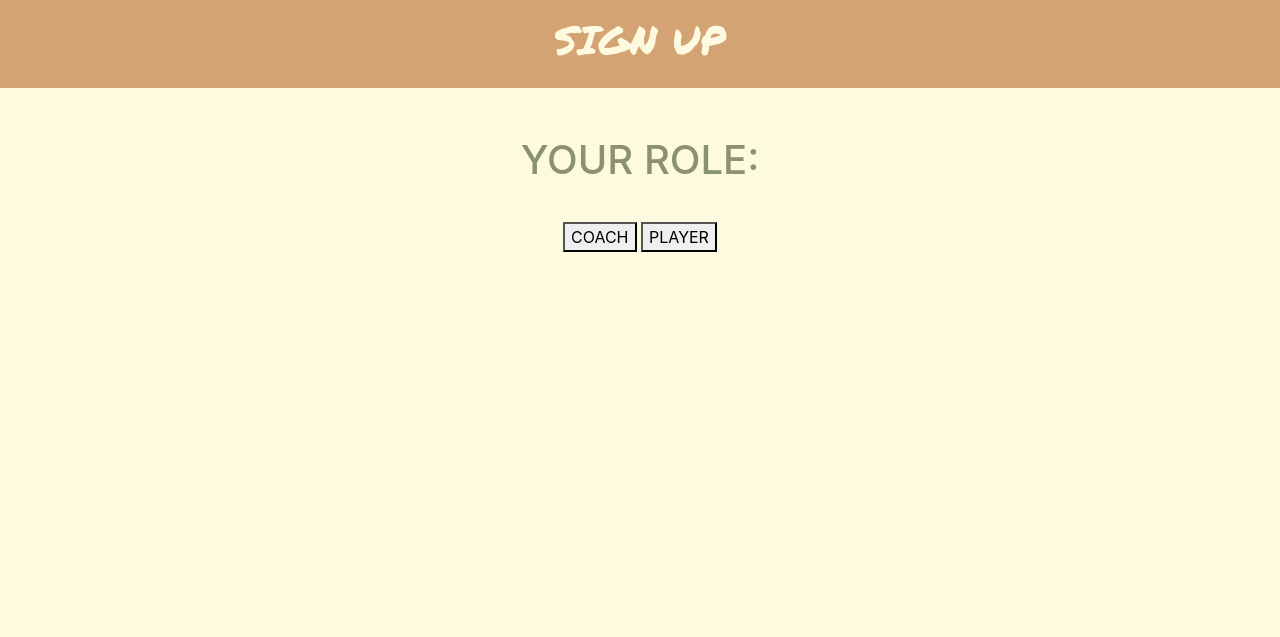
Repository: Aryaholmukhe/treasureHacks
Page: http://localhost/signup
These files come from the project's save history. The page is drawn as it stood at one moment and after the next save; the edit follows.
The browser window is 1280 px wide. The pictures show the whole page.
The page is served by the project's Node server (server.js).

Above is the page before, as saved 2022-03-27 00:27:48.

### views/signup/signup.ejs
<html lang="en">
<head>
    <meta charset="UTF-8">
    <meta http-equiv="X-UA-Compatible" content="IE=edge">
    <meta name="viewport" content="width=device-width, initial-scale=1.0">
    <link rel="stylesheet" href="https://cdn.jsdelivr.net/npm/bootstrap@4.6.1/dist/css/bootstrap.min.css">
    <script src="https://cdn.jsdelivr.net/npm/jquery@3.6.0/dist/jquery.slim.min.js"></script>
    <script src="https://cdn.jsdelivr.net/npm/popper.js@1.16.1/dist/umd/popper.min.js"></script>
    <script src="https://cdn.jsdelivr.net/npm/bootstrap@4.6.1/dist/js/bootstrap.bundle.min.js"></script>
    <link rel="preconnect" href="https://fonts.googleapis.com">
    <link rel="preconnect" href="https://fonts.gstatic.com" crossorigin>
    <link href="https://fonts.googleapis.com/css2?family=Permanent+Marker&display=swap" rel="stylesheet">
    <title>SIGN UP</title>
</head>
<body style="background-color: #FEFAE0">
    <div class="pt-3 pb-3" style="background-color: #D4A373; font-family: 'Permanent Marker', cursive; color: #FEFAE0">
        <h1 class="text-center">SIGN UP</h1>
    </div>

    <h1 class="text-center mt-5" style="color: #8A926F">YOUR ROLE:</h1>

    <div class="text-center" style="margin-top: 3%">
    <a href="./coach" ><button name="coach">COACH</button></a>
    <a  href="./player"><button name="player">PLAYER</button></a>
    </div>

</body>
</html>

### server.js
//jshint esversion:6

const express = require("express");
const bodyParser = require("body-parser");
const mongoose = require("mongoose");
const _ = require("lodash");
const { join } = require("path");
require("dotenv").config();
const app = express();

// TWILIO STUFF

const accountSID = process.env.ACCOUNT_SID;
const authToken = process.env.AUTH_TOKEN;

const client = require('twilio')(accountSID, authToken);


app.set('view engine', 'ejs');

app.use(bodyParser.urlencoded({ extended: true }));
app.use(express.static("public"));

app.get("/auth_config.json", (req, res) => {
    res.sendFile(join(__dirname, "/auth_config.json"));
})

// for each team member
mongoose.connect("mongodb://localhost:27017/teamMembersDB", { useNewUrlParser: true });

const membersSchema = new mongoose.Schema({
    name: String,
    role: String,
    age: Number,
    email: String,
    phone: String,
    progress: []
});

let members = [];
let progressArr = []

const Member = mongoose.model("Member", membersSchema);

// to identify teams
const teamSchema = new mongoose.Schema({
    coachName: String,
    team: [{ name: String }, { sport: String }]
})

const progressSchema = new mongoose.Schema({
    progress: []
})
const Team = mongoose.model("Team", teamSchema);
const Progress = mongoose.model("Progress", progressSchema)
// When no members are present
const noMember = new Member({
    name: "No members yet"
})
const noProgress = new Progress({
    progress: ["No progress yet, add some"]
})


// get requests

app.get("/signup", (req, res) => {
    res.render("signup/signup")
})
let person = "";
app.get("/coach", (req, res) => {
    person = "Coach"
    res.render("signup/coach");
})

app.get("/player", (req, res) => {
    person = "Team Member"
    res.render("signup/player")
})

app.get("/", (req, res) => {
    Member.find({}, function (err, foundMembers) {

        if (foundMembers.length === 0) {
            members.push(noMember)
            Member.insertMany(members, function (err) {
                if (err) {
                    console.log(err);
                } else {
                    console.log("Successfully saved members to DB.");
                }
            });
            // res.redirect("/");
        } else {
            Member.deleteOne({ "name": "No members yet" }, (err, person) => {
                if (err) return handleError(err);
            })
            res.render('index', { allMembers: foundMembers, person: person })
        }
    });
})

app.get("/:personName", function (req, res) {
    const personName = _.capitalize(req.params.personName);

    Member.findById(personName, (err, per) => {
        if (!err) {
              console.log(per)
            res.render('account', { personInfo: per});
        } else {
            console.log(err)
        }
    })
});


// post requests


app.post("/", (req, res) => {

    const playerName = req.body.newPlayer;
    const role = req.body.newRole;
    const age = req.body.age;
    const phoneNumber = req.body.phoneNumber;
    const player = new Member({
        name: playerName,
        role: role,
        age: age,
        phone: phoneNumber
    })
    player.save();
    res.redirect("/")
})

app.post("/delete", function (req, res) {
    const checkedItemId = req.body.checkbox;

    Member.findByIdAndRemove(checkedItemId, function (err) {
        if (!err) {
            console.log("Successfully deleted checked item.");
            res.redirect("/");
        } else {
            console.log(err)
        }
    });


});

app.post("/coach", (req, res) => {
    const coachName = req.body.coachName;
    const teamName = req.body.teamName;
    const sportType = req.body.sportType;
    teams = new Team({
        coachName: coachName,
        team: [{ name: teamName, sport: sportType }]
    })
    res.redirect("/")
})

app.post("/player", (req, res)=>{
    const playerName = req.body.newPlayer;
    const role = req.body.newRole;
    const age = req.body.age;
    const phoneNumber = req.body.phoneNumber;
    const player = new Member({
        name: playerName,
        role: role,
        age: age,
        phone: phoneNumber
    })
    player.save();
    res.redirect("/")
})

app.post("/announcements", (req, res) => {
    const message = req.body.message;
    members.forEach(member => {
        if (member.phone) {
            client.message.create({
                to: member.phone,
                from: process.env.TWILIO_PHONE_NUMBER, //is this going to be dynamic?
                body: message
            }).then((message) => {
                console.log(message.sid)
            });
            res.redirect("/")
        } else {
            res.redirect("/")
        }
    })

})


app.listen(3000, function () {
    console.log("Server started on port 3000");
});

After the next save:
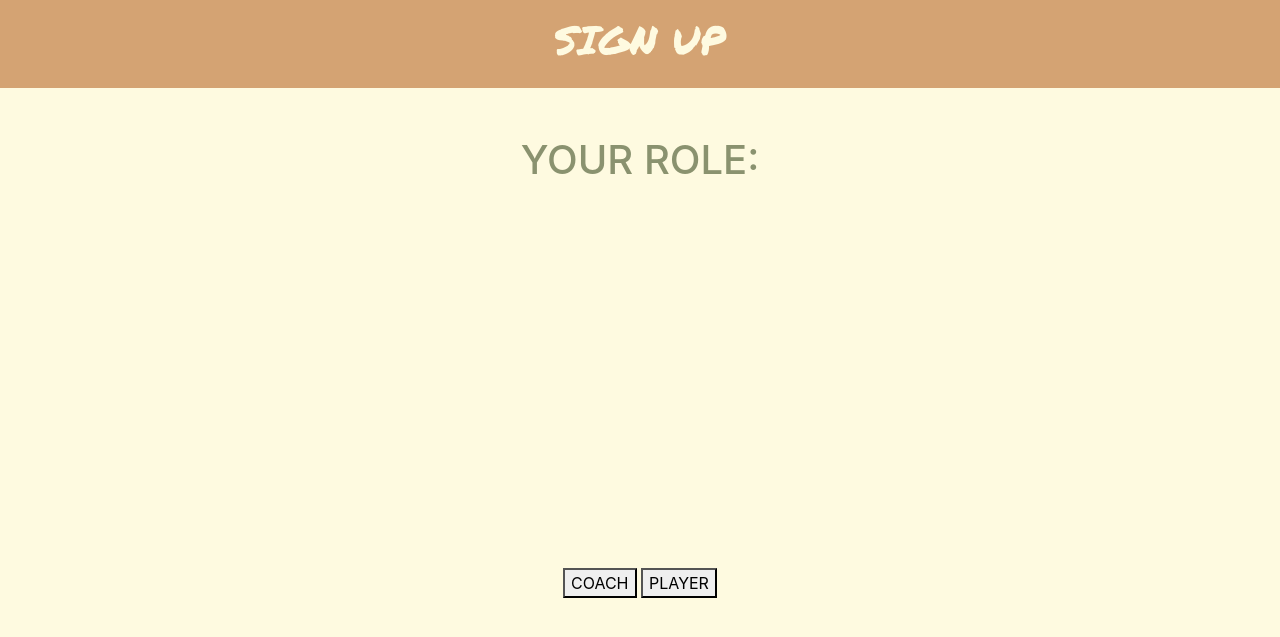
Saved 15 s later.
--- a/views/signup/signup.ejs
+++ b/views/signup/signup.ejs
@@ -19,8 +19,8 @@
 
     <h1 class="text-center mt-5" style="color: #8A926F">YOUR ROLE:</h1>
 
-    <div class="text-center" style="margin-top: 3%">
-    <a href="./coach" ><button name="coach">COACH</button></a>
+    <div class="text-center" style="margin-top: 30%">
+    <a href="./coach" ><button  name="coach">COACH</button></a>
     <a  href="./player"><button name="player">PLAYER</button></a>
     </div>
 
